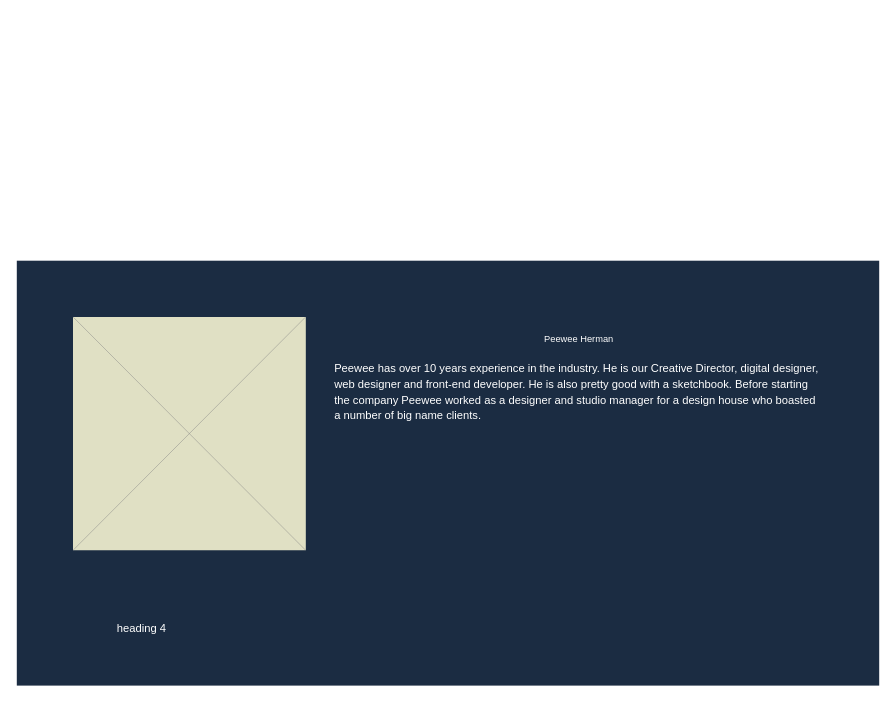
Repository: MonicaNguyenH/LAB-02A-Project1
Page: index.html
The author's editor kept a copy of each file at every save. The page is drawn from the files as they stood at one save, then again after the next save.
The browser window is 1280 px wide. The pictures show the part of the page from y = 1908 to 3828 px (the page is 2912 px tall before and 3828 px after), at 70% of full size.

Above is the page before, as saved 2024-02-06 18:51:28.

After the next save:
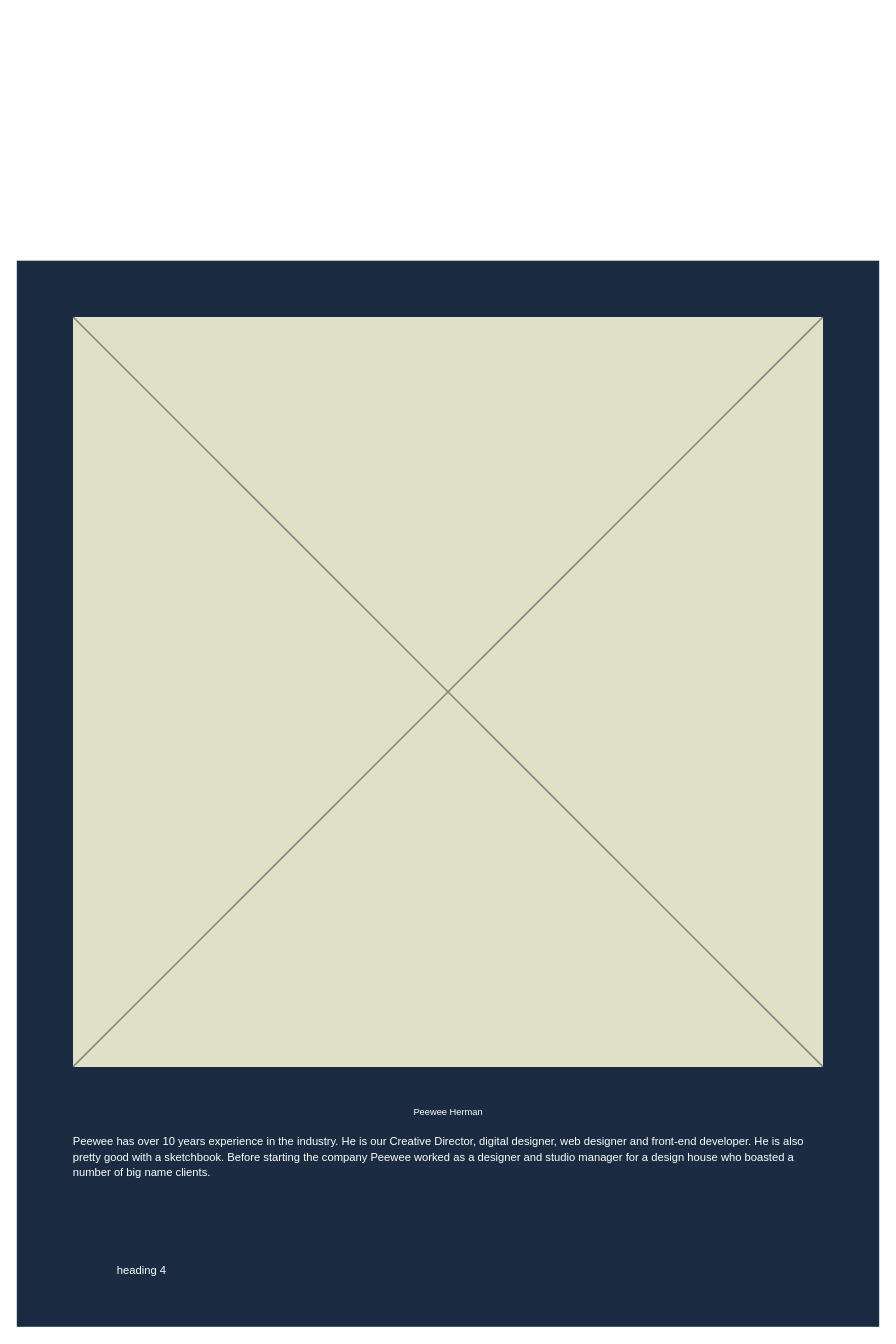
Saved 20 s later.
--- a/css/style.css
+++ b/css/style.css
@@ -119,12 +119,6 @@
         grid-template-columns: 0.5fr 1fr;
     }
 
-    .grid {
-        display: grid;
-        column-gap: 0.5rem;
-        row-gap: 0.5rem;
-        grid-template-columns: 0.5fr 1fr;
-    }
 }
 /* Medium only */
 @media screen and (min-width: 40em) and

After the save that followed:
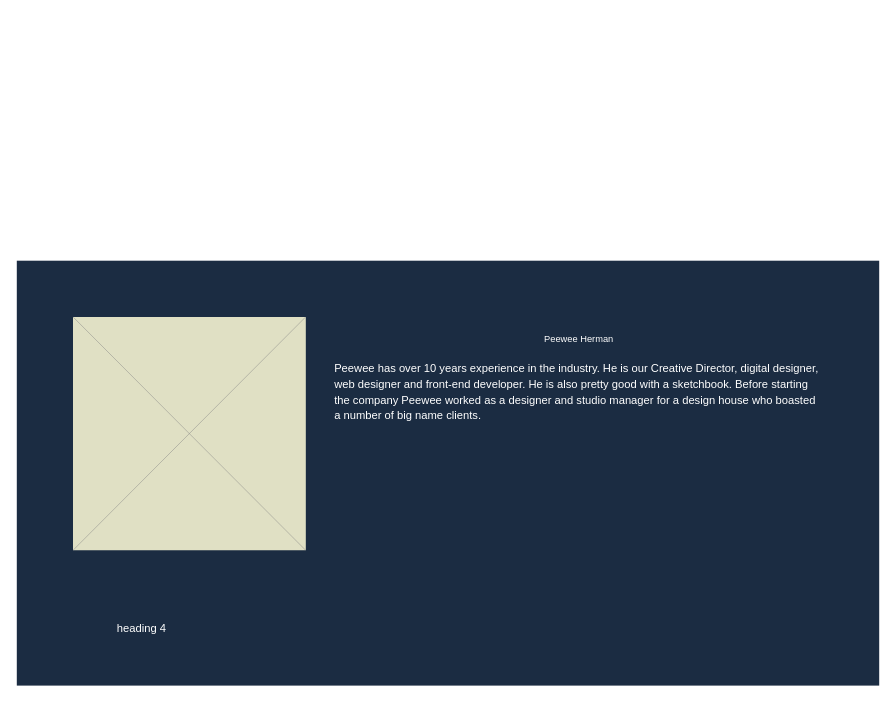
Saved 18 s later.
--- a/css/style.css
+++ b/css/style.css
@@ -82,6 +82,14 @@
     grid-column-end: -1;
 }
 
+
+.grid {
+    display: grid;
+    column-gap: 0.5rem;
+    row-gap: 0.5rem;
+    grid-template-columns: 0.5fr 1fr;
+}
+
 /* Small only */
 @media screen and (max-width: 39.9375em) {
     .row {
